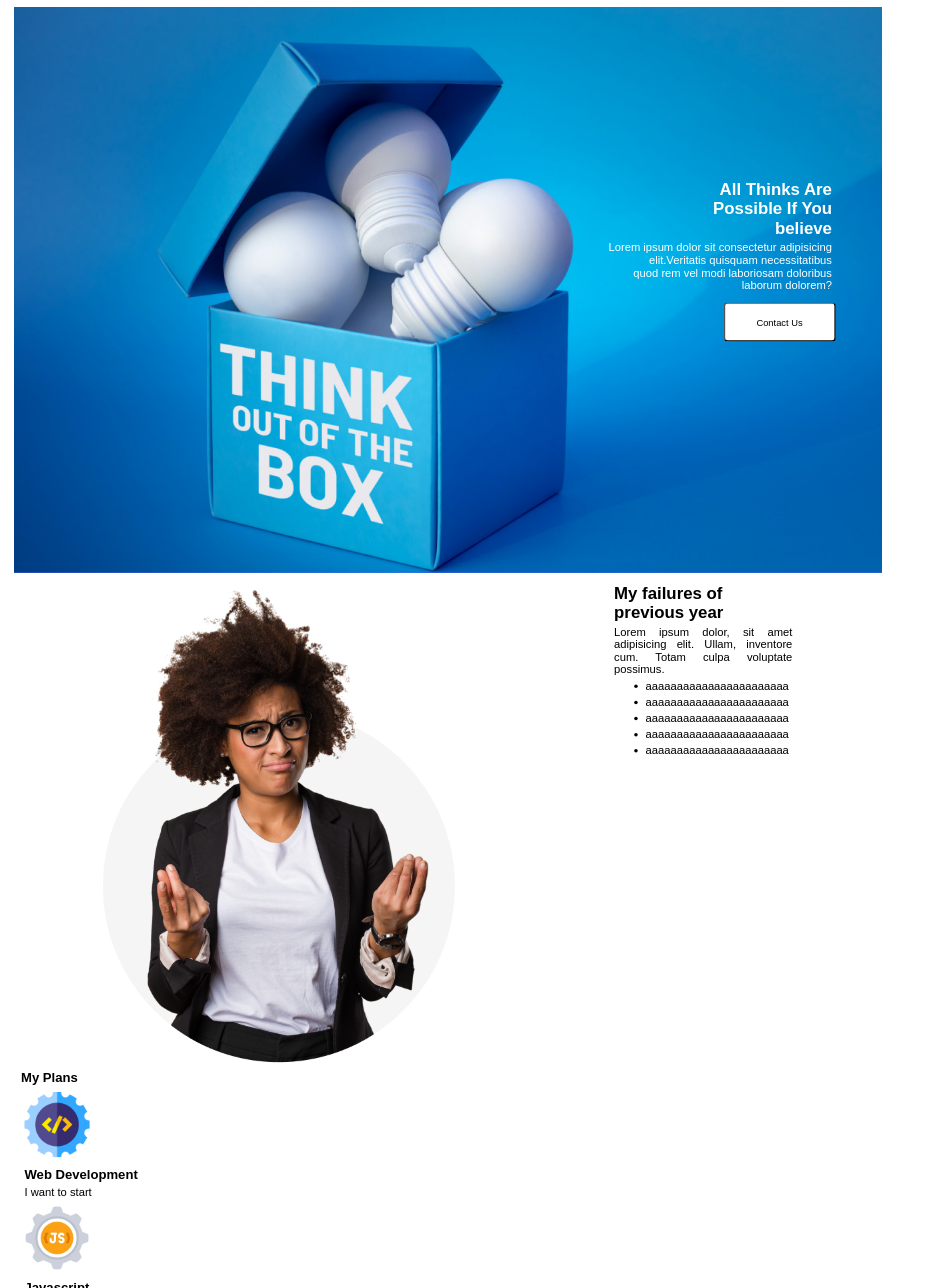
Repository: sadiaafsana138/All-Thinks-Are-Possible-Website
Page: index.html
These files come from the project's save history. The page is drawn as it stood at one moment and after the next save; the edit follows.
The browser window is 1280 px wide. The page is 1344 px wide, so the pictures cover 1344 px, including what lies to the right of the window. The pictures show the part of the page from y = 0 to 1840 px (the page is 3446 px tall), at 70% of full size.

Above is the page before, as saved 2023-01-08 10:39:02.

### index.html
<!DOCTYPE html>
<html lang="en">

<head>
    <meta charset="UTF-8">
    <meta http-equiv="X-UA-Compatible" content="IE=edge">
    <meta name="viewport" content="width=device-width, initial-scale=1.0">
    <title>First Website</title>
    <link rel="stylesheet" href="styles/web.css">
</head>

<body>
    <!-- header -->
    <header>
        <section class="section1">
            <div>
                <h1 id="head-text1">
                    All Thinks Are<br>Possible If You<br>believe
                </h1>
                <p id="head-text2" >Lorem ipsum dolor sit consectetur adipisicing<br>elit.Veritatis quisquam necessitatibus <br>quod rem vel modi laboriosam doloribus<br>laborum dolorem?
                </p>
                <button id="button1">
                    Contact Us
                </button>
            </div>
        </section>
    </header>
    <main>
        <!--second section-->
        <section class="section2">
            <div id="sec2details">
                <img src="images/person.png" alt="person">
                <div id="sec2text">
                    <h2>
                        My failures of <br>
                        previous year
                    </h2>
                    <p>
                        Lorem ipsum dolor, sit amet adipisicing
                        elit. Ullam, inventore cum. Totam culpa voluptate possimus.
                    </p>
                    <ul>
                        <li>aaaaaaaaaaaaaaaaaaaaaaa</li>
                        <li>aaaaaaaaaaaaaaaaaaaaaaa</li>
                        <li>aaaaaaaaaaaaaaaaaaaaaaa</li>
                        <li>aaaaaaaaaaaaaaaaaaaaaaa</li>
                        <li>aaaaaaaaaaaaaaaaaaaaaaa</li>
                    </ul>
                </div>
            </div>
        </section>

        <!--section 3-->
        <section>
            <div>
                <h3>
                    My Plans
                </h3>
                <div>
                    <img src="images/icons/web.png" alt=""><br>
                    <H3>Web Development</H3>
                    <p>I want to start</p>
                </div>
                <div>
                    <img src="images/icons/js.png" alt=""><br>
                    <H3>Javascript</H3>
                    <p>I want to learn</p>
                </div>
                <div>
                    <img src="images/icons/smoke.png" alt=""><br>
                    <H3>smoking habit</H3>
                    <p>I want to end</p>
                </div>
                <div>
                    <img src="images/icons/ecom.png" alt=""><br>
                    <H3>E-commerce</H3>
                    <p>I want to develop</p>
                </div>
            </div>
            <div>
                <img src="images/watch.png" alt="">
                <img src="images/gradient1.png" alt="">
                <div>
                    <h3>Always Keep positive Mindset</h3><br>
                    <button>Call now</button>
                </div>
            </div>
        </section>

    </main>
    <footer>
        <Section>
            <div>
                <h2>Future</h2><br>
                <p>Lorem ipsum dolor sit amet consectetur adipisicing elit. Totam ullam accusamus sequi dolor dolores,
                    suscipit dignissimos aut doloribus officiis explicabo distinctio dolore, quo perspiciatis odio magni
                    at tempore neque reiciendis.
                </p><br>
                <p>Email: XXXXXX@gmail.com</p><br>
                <P>phone-no: 01516656595</P><br>
                <ul>
                    <li><img src="images/icons/fb.png" alt=""></li>
                    <li><img src="images/icons/youtube.png" alt=""></li>
                    <li><img src="images/icons/twitter.png" alt=""></li>
                </ul>
            </div>
            <div>
                <h3>subscribe</h3><br>
                <input type="email" plavceholder="Enter Your Email"><br>
                <button>subscribe here</button>
            </div>
        </Section>
    </footer>
</body>

</html>

### styles/web.css
*{
margin: 5px 5px ;
font-family: Arial, Helvetica, sans-serif;
}
.section1{
    background-image:url(../images/banner/banner3.png);
    height: 808px;
    width:cover;
    background-repeat: no-repeat;
    background-color: blue;

}
#head-text1{
    color: white;
    padding-left: 50% ;
    padding-right:5%;
    padding-top: 20%;
    text-align: right;
    Font-style: Bold;
}
#head-text2{
    color: white;
    padding-left: 50% ;
    padding-right:5%;
    text-align: right;
}
#button1{
    margin-top: 10px;
    width: 160px;
    height: 56px;
    left: 640px;
    top: 438px;
    text-align: center;
    align-items: right;
    background: white;
    border-radius: 5px;
    margin-right: 150px;
    margin-left: 82%;
    align-content: right;
}
#sec2details{
    display: flex;
    width: 1000px;
    height: 700px;
    margin-left: 100px;
    margin-right: 100px;
}
#sec2text{
        text-align: justify;
        margin-left: 20%;

}

After the next save:
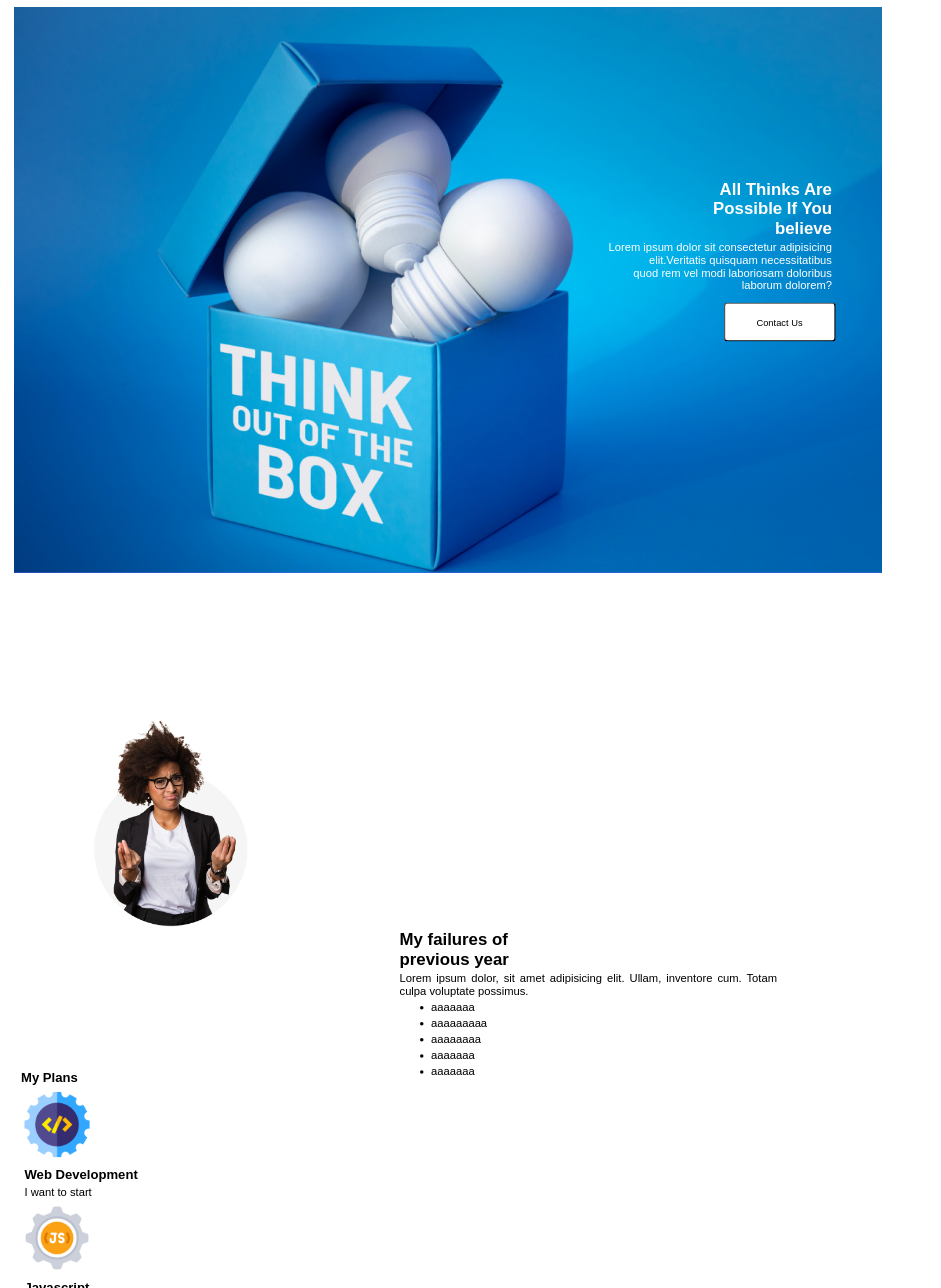
Saved 3 min 47 s later.
--- a/index.html
+++ b/index.html
@@ -29,7 +29,7 @@
         <!--second section-->
         <section class="section2">
             <div id="sec2details">
-                <img src="images/person.png" alt="person">
+                <img id="sec2img" src="images/person.png" alt="person">
                 <div id="sec2text">
                     <h2>
                         My failures of <br>
@@ -40,11 +40,11 @@
                         elit. Ullam, inventore cum. Totam culpa voluptate possimus.
                     </p>
                     <ul>
-                        <li>aaaaaaaaaaaaaaaaaaaaaaa</li>
-                        <li>aaaaaaaaaaaaaaaaaaaaaaa</li>
-                        <li>aaaaaaaaaaaaaaaaaaaaaaa</li>
-                        <li>aaaaaaaaaaaaaaaaaaaaaaa</li>
-                        <li>aaaaaaaaaaaaaaaaaaaaaaa</li>
+                        <li>aaaaaaa</li>
+                        <li>aaaaaaaaa</li>
+                        <li>aaaaaaaa</li>
+                        <li>aaaaaaa</li>
+                        <li>aaaaaaa</li>
                     </ul>
                 </div>
             </div>
--- a/styles/web.css
+++ b/styles/web.css
@@ -45,8 +45,14 @@ font-family: Arial, Helvetica, sans-serif;
     margin-left: 100px;
     margin-right: 100px;
 }
+#sec2img{
+    align-items: center;
+    margin-top: 20%;
+    margin-bottom:20%;
+}
 #sec2text{
         text-align: justify;
         margin-left: 20%;
-
+        margin-top: 50%;
+        margin-bottom: 20%;
 }
